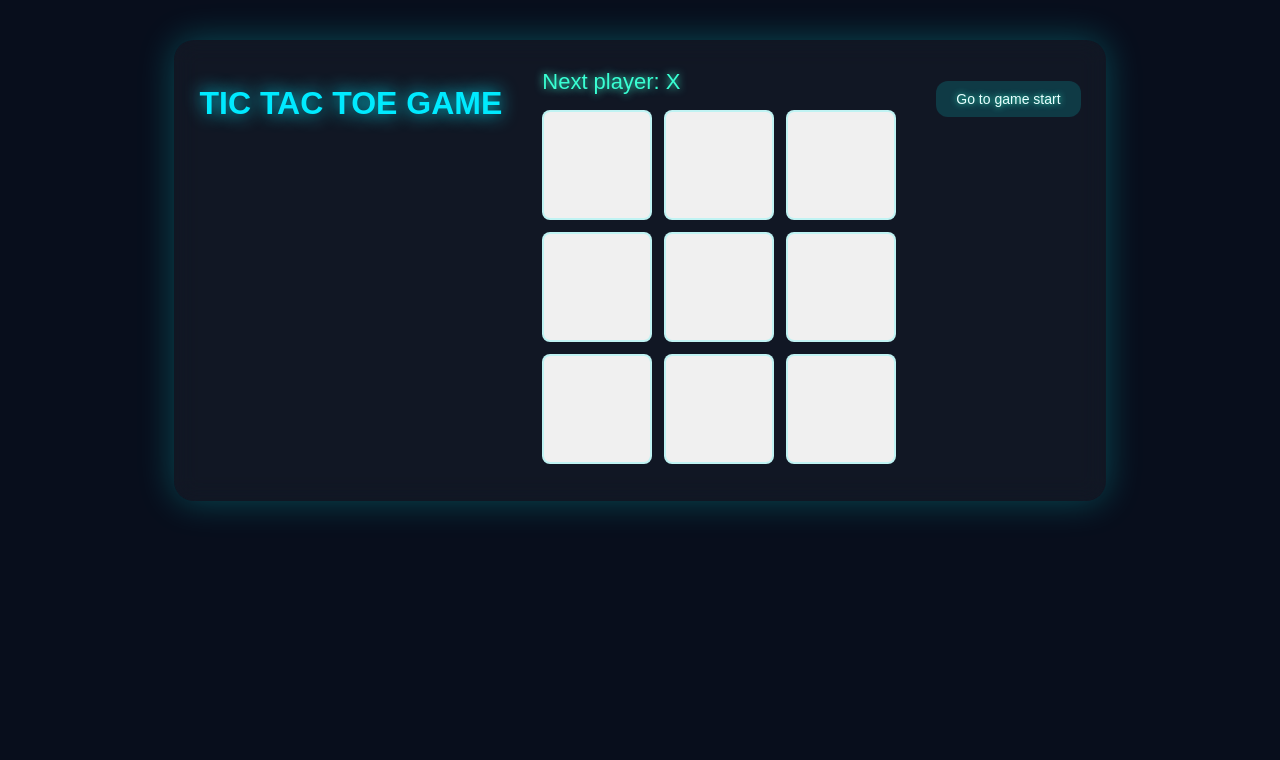
Repository: sofia123776/TIC-TAC-TOE
Page: /
These files come from the project's save history. The page is drawn as it stood at one moment and after the next save; the edit follows.
The browser window is 1280 px wide. The pictures show the whole page.
The project was rebuilt for these pictures with package versions that can differ from the ones it lists, and the page was loaded fresh each time. Also part of the build but not shown: vite.config.js.

Above is the page before, as saved 2025-11-30 09:55:21.

### src/index.css
:root {
  font-family: system-ui, Avenir, Helvetica, Arial, sans-serif;
  line-height: 1.5;
  font-weight: 400;

  color-scheme: light dark;
  color: rgba(255, 255, 255, 0.87);
  background-color: whitesmoke;

  font-synthesis: none;
  text-rendering: optimizeLegibility;
  -webkit-font-smoothing: antialiased;
  -moz-osx-font-smoothing: grayscale;
}

a {
  font-weight: 500;
  color: #646cff;
  text-decoration: inherit;
}
a:hover {
  color: #535bf2;
}

body {
  margin: 0;
  display: flex;
  place-items: center;
  min-width: 320px;
  min-height: 100vh;
}

h1 {
  font-size: 3.2em;
  line-height: 1.1;
}

button {
  border-radius: 1px;
  border:8px  solid transparent;
  padding: 0.6em 1.2em;
  font-size: 1em;
  font-weight: 500;
  font-family: inherit;
  background-color: #1a1a1a;
  cursor: pointer;
  transition: border-color 0.25s;
}
button:hover {
  border-color: #646cff;
}
button:focus,
button:focus-visible {
  outline: 4px auto -webkit-focus-ring-color;
}

@media (prefers-color-scheme: light) {
  :root {
    color: #213547;
    background-color: #ffffff;
  }
  a:hover {
    color: #747bff;
  }
  button {
    background-color: #f9f9f9;
  }
}

### src/App.jsx
import { useState } from 'react'
import reactLogo from './assets/react.svg'
import viteLogo from '/vite.svg'
import './App.css'

function Square({value, onSquareClick}){


  return(
  <button className='square' onClick={onSquareClick} style={{
        width: 100,
        height: 100,
        fontSize: 32,
        fontWeight: "bold",
        background: "#f0f0f0",
        borderRadius: 8,
        cursor: "pointer",
      }}>{value}</button>
);

}

function Board({xIsNext, squares, onPlay}) {

  function Handleclick(i){

    if ( Calculatewinner(squares) || squares[i]) {
    return;
  }

    const nextSquares = squares.slice()
    if (xIsNext){
    nextSquares[i] = "X"
    }else{
      nextSquares[i] = "O"
    }
    onPlay(nextSquares);
  }
    const winner = Calculatewinner(squares);

  let status;
  if (winner) {
    status = "Winner: " + winner;
  } else {
    status = "Next player: " + (xIsNext ? "X" : "O");
  }
  const winningLine = Calculatewinner(squares, true);
  return (
    <>

    <div className="status">{status}</div>
  <div className='board-row'>
  <Square value = {squares[0]} onSquareClick={() =>Handleclick(0)}/>
  <Square value = {squares[1]} onSquareClick={() =>Handleclick(1)}/>
  <Square value = {squares[2]} onSquareClick={() =>Handleclick(2)}/>

  </div>

  <div className='board-row'>
  <Square value = {squares[3]} onSquareClick={() =>Handleclick(3)}/>
  <Square value = {squares[4]} onSquareClick={() =>Handleclick(4)}/>
  <Square value = {squares[5]} onSquareClick={() =>Handleclick(5)}/>

  </div>
  <div className='board-row'>
  <Square value = {squares[6]} onSquareClick={() =>Handleclick(6)}/>
  <Square value = {squares[7]} onSquareClick={() =>Handleclick(7)}/>
  <Square value = {squares[8]} onSquareClick={() =>Handleclick(8)}/>

  </div>

  </>
  );
}

export default function Game() {
  const [history, setHistory] = useState([Array(9).fill(null)]);
  const [currentMove, setCurrentMove] = useState(0);
  const xIsNext = currentMove % 2 === 0;
  const currentSquares = history[currentMove];

  function handlePlay(nextSquares) {
    const nextHistory = [...history.slice(0, currentMove + 1), nextSquares];
    setHistory(nextHistory);
    setCurrentMove(nextHistory.length - 1);
  }

  function jumpTo(nextMove) {
    setCurrentMove(nextMove);
  }

  const moves = history.map((squares, move) => {
    let description;
    if (move > 0) {
      description = 'Go to move #' + move;
    } else {
      description = 'Go to game start';
    }
    return (
      <li key={move}>
        <button onClick={() => jumpTo(move)}>{description}</button>
      </li>
    );
  });

  return (
    <div className="game">
    <h1>TIC TAC TOE GAME</h1>
      <div className="game-board">
        <Board xIsNext={xIsNext} squares={currentSquares} onPlay={handlePlay} />
      </div>
      <div className="game-info">
        <ol>{moves}</ol>
      </div>
    </div>
  );
}

function Calculatewinner(squares){
  const lines = [
  [0, 1, 2],
  [3, 4, 5],
  [6, 7, 8],
  [0, 3, 6],
  [1, 4, 7],
  [2, 5, 8],
  [0, 4, 8],
  [2, 4, 6],

  ];

  for (let i = 0; i < lines.length; i++) {
    const [a, b, c] = lines[i];
    if (squares[a] && squares[a] === squares[b] && squares[a] === squares[c]) {
      return squares[a];
    }
  }
  return null;
}

### src/App.css
/* Full background */
body {
  background: #080e1c;
  margin: 0;
  font-family: "Poppins", sans-serif;
  color: #e8faff;
  display: flex;
  justify-content: center;
  align-items: flex-start;
  padding-top: 40px;
}

/* Game Title */
h1 {
  text-align: center;
  font-size: 32px;
  font-weight: 700;
  margin-bottom: 25px;
  text-shadow: 0 0 18px #00eaff;
  color: #00eaff;
}

/* Outer game container */
.game {
  display: flex;
  gap: 40px;
  padding: 25px;
  border-radius: 20px;
  background: rgba(255,255,255,0.04);
  box-shadow: 0 0 35px rgba(0, 255, 255, 0.25);
  backdrop-filter: blur(12px);
}

/* Board container */
.game-board {
  display: flex;
  flex-direction: column;
}

/* Status text */
.status {
  font-size: 22px;
  margin-bottom: 12px;
  color: #39ffd3;
  text-shadow: 0 0 8px #39ffd3;
}

/* Board row layout */
.board-row {
  display: flex;
  gap: 12px;
  margin-bottom: 12px;
}

/* Square button */
.square {
  width: 110px !important;
  height: 110px !important;
  font-size: 42px !important;
  font-weight: bold;
  color: #00eaff;
  background: rgba(0, 0, 0, 0.45);
  border: 2px solid rgba(0, 255, 255, 0.2);
  border-radius: 18px;
  cursor: pointer;
  transition: 0.25s ease-in-out, transform 0.15s;
  text-shadow: 0 0 12px #00eaff;
}

.square:hover {
  transform: scale(1.07);
  background: rgba(0, 255, 255, 0.15);
  box-shadow: 0 0 18px #00eaff;
}

/* X and O color override */
.square:contains("X"), .square.X {
  color: #ff3c89;
  text-shadow: 0 0 12px #ff3c89;
}

.square:contains("O"), .square.O {
  color: #3cfffb;
  text-shadow: 0 0 12px #3cfffb;
}

/* Moves list */
.game-info ol {
  list-style: none;
  padding: 0;
}

.game-info button {
  padding: 10px 20px;
  border-radius: 12px;
  margin-bottom: 10px;
  border: none;
  cursor: pointer;
  background: rgba(0, 255, 255, 0.15);
  color: #e8ffff;
  font-size: 14px;
  text-shadow: 0 0 6px #39ffd3;
  transition: 0.2s ease;
}

.game-info button:hover {
  background: #39ffd3;
  color: #001010;
  box-shadow: 0 0 18px #39ffd3;
  transform: scale(1.05);
}

Loaded but not shown: index.html (common file); src/main.jsx (common file)

After the next save:
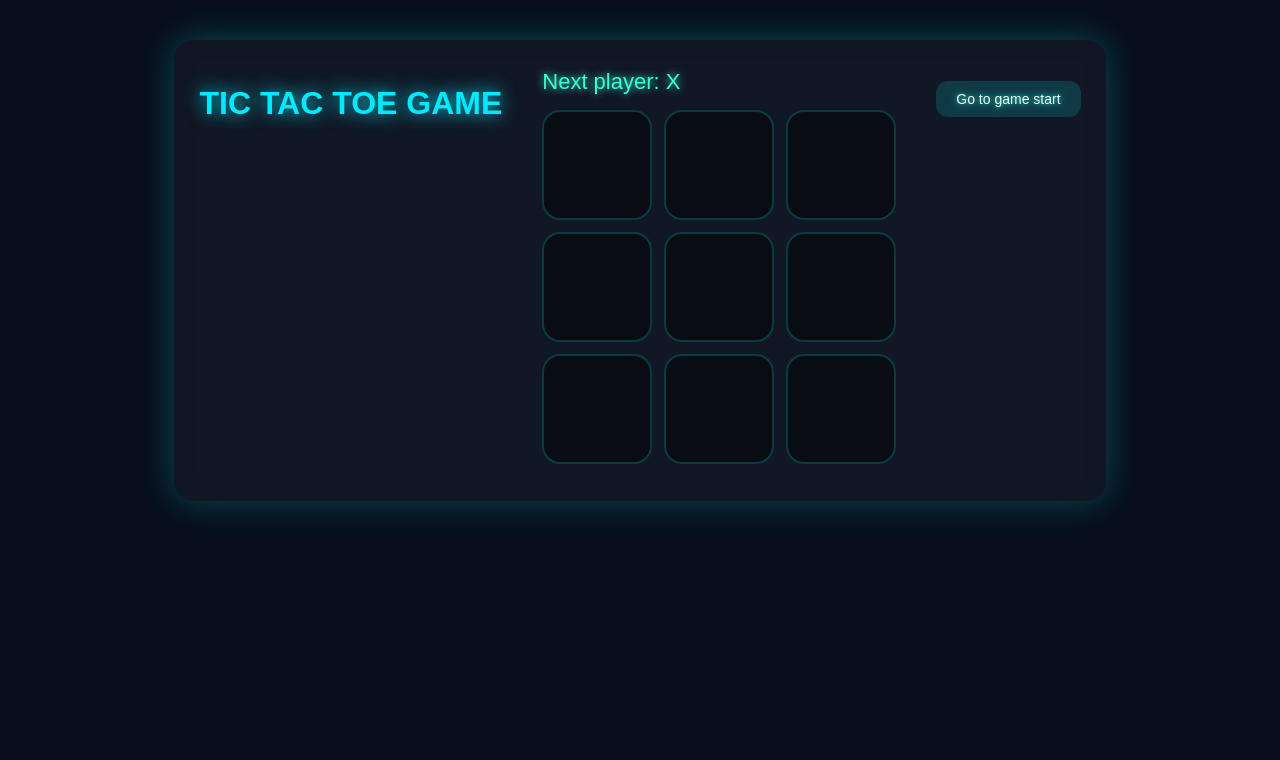
Saved 5 min 17 s later.
--- a/src/App.jsx
+++ b/src/App.jsx
@@ -3,20 +3,17 @@ import reactLogo from './assets/react.svg'
 import viteLogo from '/vite.svg'
 import './App.css'
 
-function Square({value, onSquareClick}){
+function Square({value, onSquareClick, highlight}){
 
 
   return(
-  <button className='square' onClick={onSquareClick} style={{
-        width: 100,
-        height: 100,
-        fontSize: 32,
-        fontWeight: "bold",
-        background: "#f0f0f0",
-        borderRadius: 8,
-        cursor: "pointer",
-      }}>{value}</button>
-);
+   <button
+      className={`square ${highlight ? "highlight" : ""}`}
+      onClick={onSquareClick}
+    >
+      {value}
+    </button>
+  );
 
 }
 
@@ -50,22 +47,22 @@ function Board({xIsNext, squares, onPlay}) {
 
     <div className="status">{status}</div>
   <div className='board-row'>
-  <Square value = {squares[0]} onSquareClick={() =>Handleclick(0)}/>
-  <Square value = {squares[1]} onSquareClick={() =>Handleclick(1)}/>
-  <Square value = {squares[2]} onSquareClick={() =>Handleclick(2)}/>
+  <Square value = {squares[0]} onSquareClick={() =>Handleclick(0)} highlight={winningLine?.includes(0)}/>
+  <Square value = {squares[1]} onSquareClick={() =>Handleclick(1)} highlight={winningLine?.includes(1)}/>
+  <Square value = {squares[2]} onSquareClick={() =>Handleclick(2)} highlight={winningLine?.includes(2)}/>
 
   </div>
 
   <div className='board-row'>
-  <Square value = {squares[3]} onSquareClick={() =>Handleclick(3)}/>
-  <Square value = {squares[4]} onSquareClick={() =>Handleclick(4)}/>
-  <Square value = {squares[5]} onSquareClick={() =>Handleclick(5)}/>
+  <Square value = {squares[3]} onSquareClick={() =>Handleclick(3)} highlight={winningLine?.includes(3)}/>
+  <Square value = {squares[4]} onSquareClick={() =>Handleclick(4)} highlight={winningLine?.includes(4)}/>
+  <Square value = {squares[5]} onSquareClick={() =>Handleclick(5)} highlight={winningLine?.includes(5)}/>
 
   </div>
   <div className='board-row'>
-  <Square value = {squares[6]} onSquareClick={() =>Handleclick(6)}/>
-  <Square value = {squares[7]} onSquareClick={() =>Handleclick(7)}/>
-  <Square value = {squares[8]} onSquareClick={() =>Handleclick(8)}/>
+  <Square value = {squares[6]} onSquareClick={() =>Handleclick(6)} highlight={winningLine?.includes(6)}/>
+  <Square value = {squares[7]} onSquareClick={() =>Handleclick(7)} highlight={winningLine?.includes(7)}/>
+  <Square value = {squares[8]} onSquareClick={() =>Handleclick(8)} highlight={winningLine?.includes(8)}/>
 
   </div>
 
